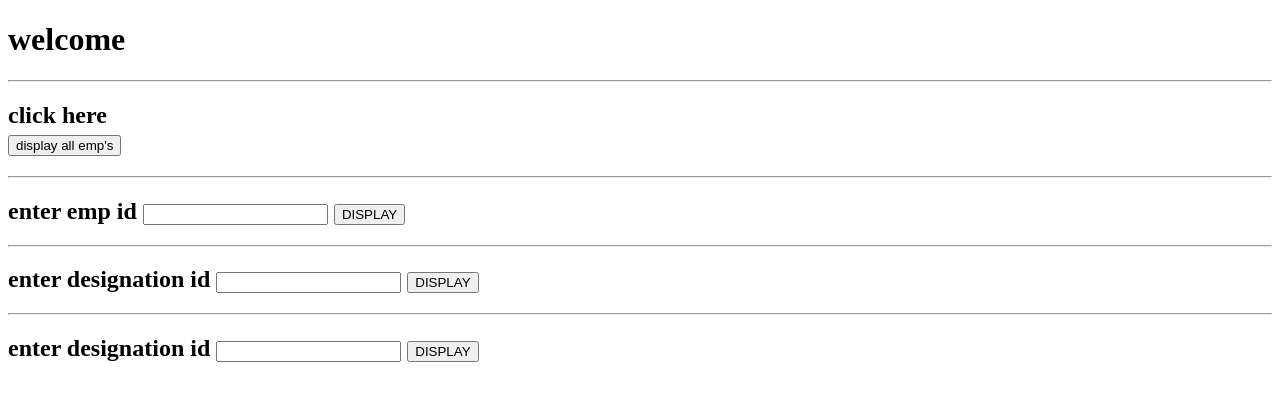
Repository: Saikumar6901/DBSTrainingModules
Page: http://localhost/dbsdemo/Viewall.jsp
The author's editor kept a copy of each file at every save. The page is drawn from the files as they stood at one save, then again after the next save.
The browser window is 1280 px wide. The pictures show the whole page.
The page is served by Tomcat 9. Other server files are loaded and not shown.

Above is the page before, as saved 2019-08-17 05:55:31.

### workspace-spring-tool-suite-4-4.3.2.RELEASE/dbsdemo/src/main/webapp/Viewall.jsp
<%@ page language="java" contentType="text/html; charset=ISO-8859-1"
    pageEncoding="ISO-8859-1"%>
<!DOCTYPE html>
<html>
<head>
<meta charset="ISO-8859-1">
<title>Insert title here</title>
</head>
<body>
<h1> welcome</h1>
<hr>
 <form action="displayAll">
<h2>
click here<br>
<input type="submit" name="submit" value="display all emp's">
</h2>
</form>

<hr>

<form action="displayByID" method="post">
<h2>
enter emp id <input type="text" name="eid">
<input type="submit" name="submit" value="DISPLAY">
</h2></form>

<hr>

<form action="displayByDesign" method="post">
<h2>
enter designation id <input type="text" name="design">
<input type="submit" name="submit" value="DISPLAY">
</h2>
</form>

<hr>

<form action="getEmpsSortedByAge" method="post">
<h2>
enter designation id <input type="text" name="design">
<input type="submit" name="submit" value="DISPLAY">
</h2>
</form>
</body>
</html>

After the next save:
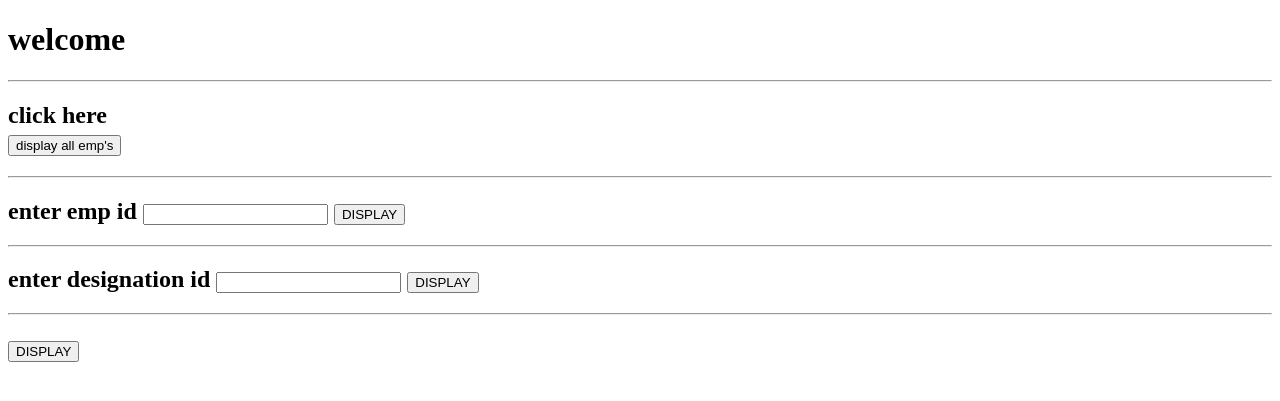
Saved 19 s later.
--- a/workspace-spring-tool-suite-4-4.3.2.RELEASE/dbsdemo/src/main/webapp/Viewall.jsp
+++ b/workspace-spring-tool-suite-4-4.3.2.RELEASE/dbsdemo/src/main/webapp/Viewall.jsp
@@ -35,9 +35,8 @@
 
 <hr>
 
-<form action="getEmpsSortedByAge" method="post">
+<form action="displayByAge" method="post">
 <h2>
-enter designation id <input type="text" name="design">
 <input type="submit" name="submit" value="DISPLAY">
 </h2>
 </form>
